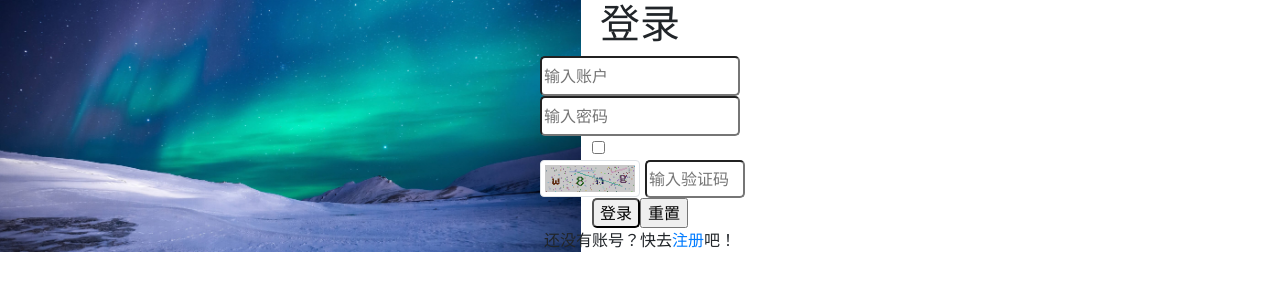
Repository: DHUAVH/Blog
Page: http://localhost/login.php
These files come from the project's save history. The page is drawn as it stood at one moment and after the next save; the edit follows.
The browser window is 1280 px wide. The pictures show the whole page.
Some web libraries are served in a nearby version. The page is run by PHP 8.4 with error messages shown; the project is at /var/www/html/.

Above is the page before, as saved 2020-11-29 18:03:34.

After the next save:
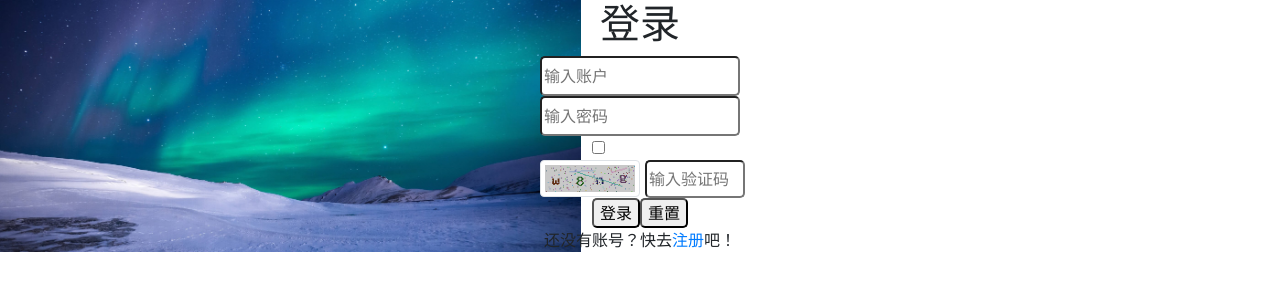
Saved 4 s later.
--- a/login.php
+++ b/login.php
@@ -78,7 +78,7 @@
 
                     <div class="d-flex justify-content-center">
                         <input class="submit" type="submit" name="login" value="登录">
-                        <input class+"reset" type="reset" name="reset" value="重置">
+                        <input class="reset" type="reset" name="reset" value="重置">
                     </div>
 
                     <div class="text-center">
